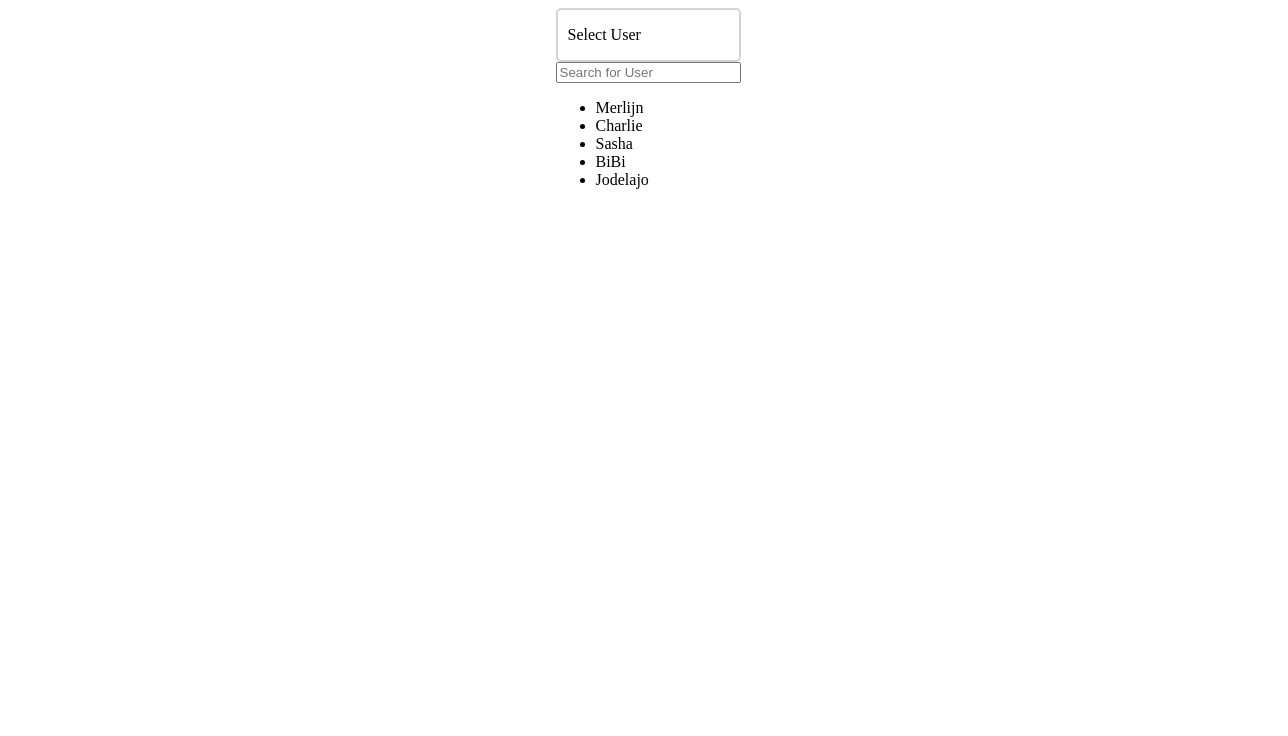
Repository: jodelajo/nuxt-filter-tutorial
Page: /
These files come from the project's save history. The page is drawn as it stood at one moment and after the next save; the edit follows.
The browser window is 1280 px wide. The page is 1288 px wide, then 1280 px, so the pictures cover 1288 px, including what lies to the right of the window. The pictures show the whole page.
The project was rebuilt for these pictures with package versions that can differ from the ones it lists, and the page was loaded fresh each time. The framework's server and built-in components were replaced by stand-ins that run in the browser. Also part of the build but not shown: nuxt.config.js, components/NuxtLogo.vue, components/Tutorial.vue.

Above is the page before, as saved 2021-12-11 12:19:36.

### pages/index.vue
<template>
  <div class="container">
    <section class="dropdown-wrapper">
    <div class="selected-item">
      <span>Select User</span>
    </div>
    <div class="dropdown-popover">
      <input v-model="searchQuery" type="text" placeholder="Search for User">
      <div class="options">
        <ul>
          <li>Merlijn</li>
          <li>Charlie</li>
          <li>Sasha</li>
          <li>BiBi</li>
          <li>Jodelajo</li>
        </ul>
      </div>
    </div>
  </section>
  </div>
</template>

<script>
  export default {

  }
</script>

<style  scoped>
.container {
  width: 100vw;
  height: 100vh;
   display: flex;
  flex-direction: column;
  /* justify-content: center; */
  align-items: center;
}
.dropdown-wrapper {
  max-width: 350px;
  position: relative;

}
.selected-item {
  height: 40px;
  border: 2px solid lightgray;
  border-radius: 5px;
  padding: 5px 10px;
  display: flex;
  justify-content: space-between;
  align-items: center;
}
</style>

After the next save:
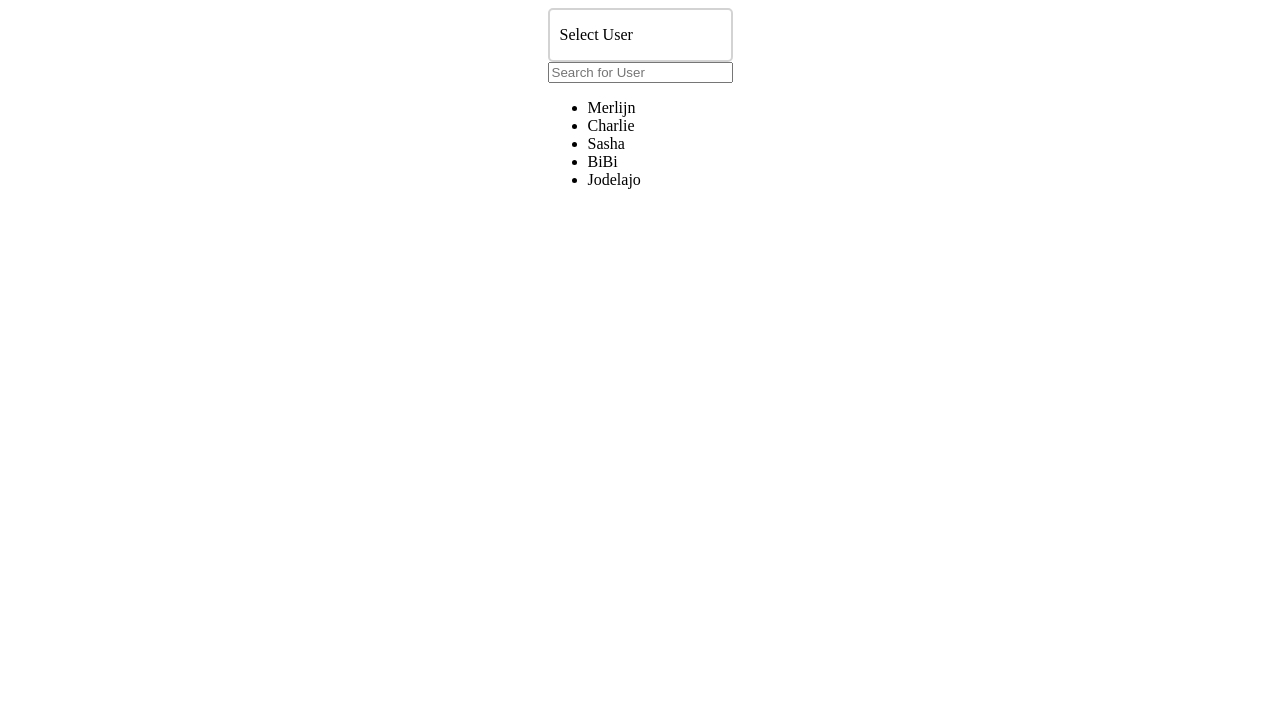
Saved 66 s later.
--- a/pages/index.vue
+++ b/pages/index.vue
@@ -1,36 +1,43 @@
 <template>
   <div class="container">
     <section class="dropdown-wrapper">
-    <div class="selected-item">
-      <span>Select User</span>
-    </div>
-    <div class="dropdown-popover">
-      <input v-model="searchQuery" type="text" placeholder="Search for User">
-      <div class="options">
-        <ul>
-          <li>Merlijn</li>
-          <li>Charlie</li>
-          <li>Sasha</li>
-          <li>BiBi</li>
-          <li>Jodelajo</li>
-        </ul>
+      <div class="selected-item">
+        <span>Select User</span>
       </div>
-    </div>
-  </section>
+      <div class="dropdown-popover">
+        <input
+          v-model="searchQuery"
+          type="text"
+          placeholder="Search for User"
+        />
+        <div class="options">
+          <ul>
+            <li>Merlijn</li>
+            <li>Charlie</li>
+            <li>Sasha</li>
+            <li>BiBi</li>
+            <li>Jodelajo</li>
+          </ul>
+        </div>
+      </div>
+    </section>
   </div>
 </template>
 
 <script>
-  export default {
-
-  }
+export default {};
 </script>
 
-<style  scoped>
-.container {
+<style scoped>
+@import url("https://fonts.googleapis.com/css2?family=Montserrat:wght@100;200;300;500;700;900&family=Readex+Pro:wght@300;500;700&display=swap");
+
+body {
   width: 100vw;
   height: 100vh;
-   display: flex;
+  font-family: "Montserrat", sans-serif;
+}
+.container {
+  display: flex;
   flex-direction: column;
   /* justify-content: center; */
   align-items: center;
@@ -38,7 +45,6 @@
 .dropdown-wrapper {
   max-width: 350px;
   position: relative;
-
 }
 .selected-item {
   height: 40px;
